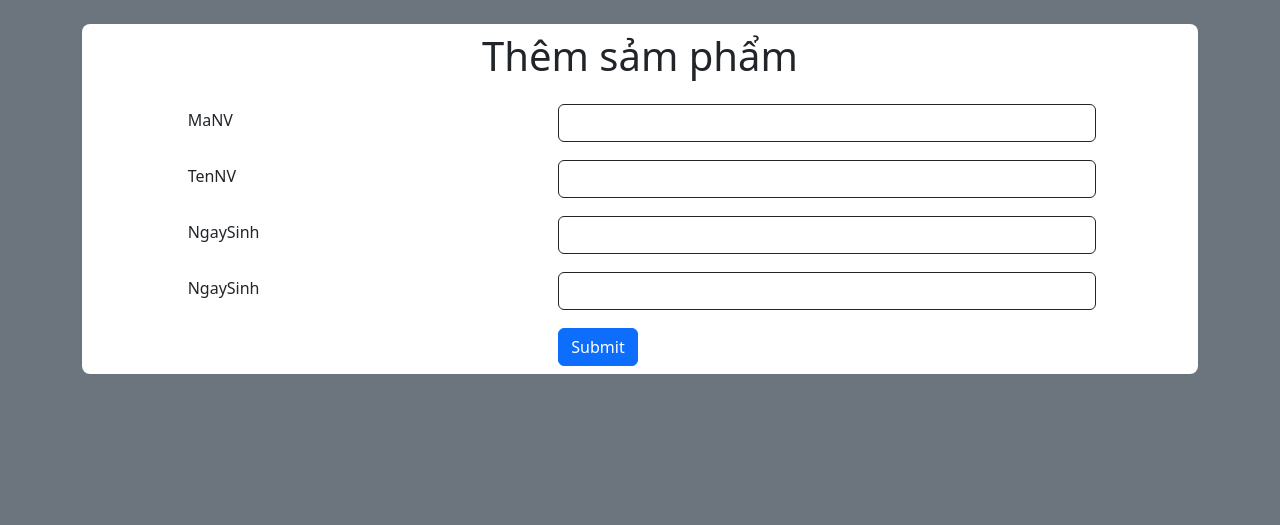
Repository: HT-35/iuh
Page: thi GK/index.html
These files come from the project's save history. The page is drawn as it stood at one moment and after the next save; the edit follows.
The browser window is 1280 px wide. The pictures show the whole page.

Above is the page before, as saved 2024-03-28 07:03:40.

### thi GK/index.html
<!DOCTYPE html>
<html lang="en">

<head>
  <meta charset="UTF-8">
  <meta name="viewport" content="width=device-width, initial-scale=1.0">
  <title>Call API from Form Input</title>
  <link href="https://cdn.jsdelivr.net/npm/bootstrap@5.3.3/dist/css/bootstrap.min.css" rel="stylesheet">
</head>

<body class="container bg-secondary">

  <div class="row">

    <!-- <div class="col-sm-3 col-md-3 col-lg-3"></div> -->

    <div class="col-12 col-sm-12 col-md-12 col-lg-12">
      <div class="  bg-white rounded-3 p-2 w-100 mt-4">
        <div class="row">

          <div class="title col-12 col-sm-12 col-md-12 col-lg-12">
            <h1 class="text-center">Thêm sảm phẩm</h1>
          </div>
        </div>

        <form action="#" class="">
          <div class="mb-3 mt-3 row">
            <div class="col-0 col-sm-2 col-md-2 col-lg-1  ">

            </div>
            <div class="col-6 col-sm-4 col-md-4 col-lg-4  ">
              <label for="name-product" class="form-label p-1">MaNV</label>
            </div>
            <div class="col-6 col-sm-6 col-md-6 col-lg-6">
              <input type="text" class="form-control border border-dark" id="name-product" placeholder=""
                name="name-product">
            </div>
          </div>



          <div class="mb-3 mt-3 row">
            <div class="col-0 col-sm-2 col-md-2 col-lg-1  ">

            </div>
            <div class="col-6 col-sm-4 col-md-4 col-lg-4  ">
              <label for="price" class="form-label p-1">TenNV</label>
            </div>
            <div class="col-6 col-sm-6 col-md-6 col-lg-6"><input type="number" class="form-control border border-dark"
                id="price" placeholder="" name="price"></div>
          </div>

          <div class="mb-3 mt-3 row">
            <div class="col-0 col-sm-2 col-md-2 col-lg-1  ">

            </div>
            <div class="col-6 col-sm-4 col-md-4 col-lg-4  ">
              <label for="price" class="form-label p-1">NgaySinh</label>
            </div>
            <div class="col-6 col-sm-6 col-md-6 col-lg-6"><input type="number" class="form-control border border-dark"
                id="price" placeholder="" name="price"></div>
          </div>

          <div class="mb-3 mt-3 row">
            <div class="col-0 col-sm-2 col-md-2 col-lg-1  ">

            </div>
            <div class="col-6 col-sm-4 col-md-4 col-lg-4  ">
              <label for="price" class="form-label p-1">NgaySinh</label>
            </div>
            <div class="col-6 col-sm-6 col-md-6 col-lg-6"><input type="number" class="form-control border border-dark"
                id="price" placeholder="" name="price"></div>
          </div>

          <div class="row">
            <div class=" col-4 col-sm-5 col-md-5 col-lg-5 "></div>
            <div class=" col-6 col-sm-3 col-md-3 col-lg-3 "><button type="button"
                class="btn  btn-primary">Submit</button>
            </div>
            <div class=" col-6 col-sm-4 col-md-4 col-lg-4 "></div>

          </div>

          <div class="insertData">
            <!-- <div class="title col-12 col-sm-12 col-md-12 col-lg-12">
              <h1 class="text-center">Thêm Sẩn Phẩm Thành Công</h1>
            </div>
            <div class="table-responsive">
              <table class="table">
                <thead>
                  <tr>
                    <th>STT</th>
                    <th>MaNV</th>
                    <th>TenNV</th>
                    <th>NgaySinh</th>
                    <th>GioiTinh</th>
                    <th>Email</th>
                  </tr>
                </thead>
                <tbody id="insertData"> -->
            <!-- <tr>
                                      <th scope="row">1</th>
                                      <td>iphone 15</td>
                                      <td>15.000.000</td>
                                      <td>iphone 15</td>
                                      <td>15.000.000</td>
                                      <td>15.000.000</td>
                                    </tr> -->

            </tbody>
            </table>
          </div>
      </div>
      </form>
      <div id="result"></div>
    </div>

  </div>


  <!-- <div class="col-sm-3 col-md-3 col-lg-3"></div> -->
  </div>



  <script src="https://cdn.jsdelivr.net/npm/bootstrap@5.3.3/dist/js/bootstrap.bundle.min.js"></script>
  <script src="./js/script.js"></script>
</body>

</html>

### thi GK/js/script.js
document.addEventListener("DOMContentLoaded", async () => {
  const btn = document.querySelector(".btn");

  const callApi = async (product) => {
    const res = await fetch("http://localhost:3000/product/create", {
      method: "POST",
      headers: {
        "Content-Type": "application/json", // Thêm header Content-Type
      },
      body: JSON.stringify(product),
    });
    const data = await res.json();
    return data;
  };

  btn.addEventListener("click", async () => {
    const nameProduct = document.querySelector("#name-product").value;
    const price = document.querySelector("#price").value;

    const product = {
      product: nameProduct,
      price: price,
    };

    const dataApi = await callApi(product);
    console.log(dataApi);
    // const { product, price } = dataApi.data;

    if (dataApi.status) {
      const insertData = document.querySelector("#insertData");
      const { product, price } = dataApi.data;

      const template = `
                  <div class="title col-12 col-sm-12 col-md-12 col-lg-12">
              <h1 class="text-center">Thêm Sẩn Phẩm Thành Công</h1>
            </div>
            <div class="table-responsive">
              <table class="table">
                <thead>
                  <tr>
                    <th>STT</th>
                    <th>MaNV</th>
                    <th>TenNV</th>
                    <th>NgaySinh</th>
                    <th>GioiTinh</th>
                    <th>Email</th>
                  </tr>
                </thead>
                <tbody id="insertData">
              <tr>
                                      <th scope="row">1</th>
                                      <td>${product}</td>
                                      <td>${price}</td>
                                      <td>${product}</td>
                                      <td>${price}</td>
                                      <td>${price}</td>
              </tr>

           `;
      insertData.insertAdjacentHTML("beforeend", template);
    }
    // console.log(product);
  });
});

After the next save:
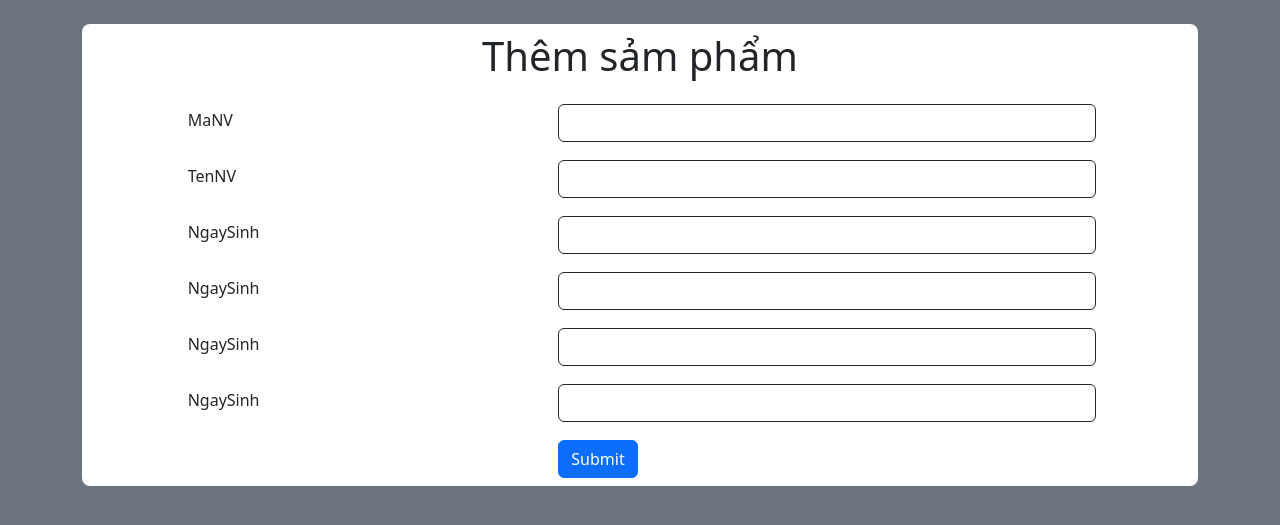
Saved 6 s later.
--- a/thi GK/index.html
+++ b/thi GK/index.html
@@ -71,6 +71,26 @@
             <div class="col-6 col-sm-6 col-md-6 col-lg-6"><input type="number" class="form-control border border-dark"
                 id="price" placeholder="" name="price"></div>
           </div>
+          <div class="mb-3 mt-3 row">
+            <div class="col-0 col-sm-2 col-md-2 col-lg-1  ">
+
+            </div>
+            <div class="col-6 col-sm-4 col-md-4 col-lg-4  ">
+              <label for="price" class="form-label p-1">NgaySinh</label>
+            </div>
+            <div class="col-6 col-sm-6 col-md-6 col-lg-6"><input type="number" class="form-control border border-dark"
+                id="price" placeholder="" name="price"></div>
+          </div>
+          <div class="mb-3 mt-3 row">
+            <div class="col-0 col-sm-2 col-md-2 col-lg-1  ">
+
+            </div>
+            <div class="col-6 col-sm-4 col-md-4 col-lg-4  ">
+              <label for="price" class="form-label p-1">NgaySinh</label>
+            </div>
+            <div class="col-6 col-sm-6 col-md-6 col-lg-6"><input type="number" class="form-control border border-dark"
+                id="price" placeholder="" name="price"></div>
+          </div>
 
           <div class="row">
             <div class=" col-4 col-sm-5 col-md-5 col-lg-5 "></div>
